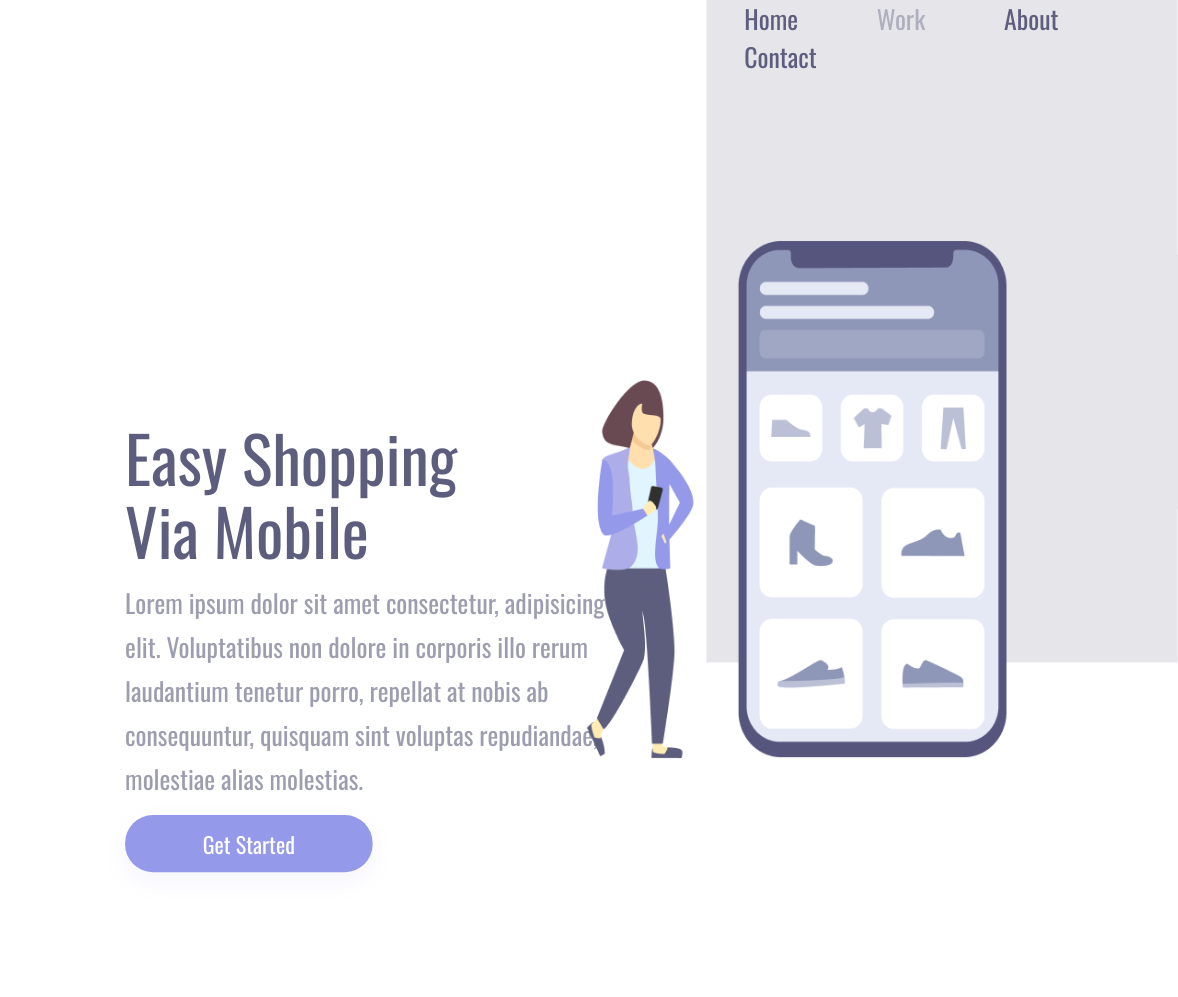
Repository: DihOliver/Projeto-Responsivo
Page: index.html
These files come from the project's save history. The page is drawn as it stood at one moment and after the next save; the edit follows.
The browser window is 1280 px wide. The pictures show the whole page, at 92% of full size.
Some web fonts or font styles are not loaded; a fallback is used.

Above is the page before, as saved 2023-06-06 22:49:12.

### index.html
<!DOCTYPE html>
<html lang="en">
  <head>
    <meta charset="UTF-8" />
    <meta http-equiv="X-UA-Compatible" content="IE=edge" />
    <meta name="viewport" content="width=device-width, initial-scale=1.0" />
    <link rel="stylesheet" href="./styles.css" />
    <link rel="preconnect" href="https://fonts.googleapis.com" />
    <link rel="preconnect" href="https://fonts.gstatic.com" crossorigin />
    <link
      href="https://fonts.googleapis.com/css2?family=Montserrat:ital,wght@0,500;0,600;0,700;0,900;1,400&family=Oswald&family=Poppins:wght@400;500;700&family=Roboto:wght@400;500;700&family=Tilt+Prism&display=swap"
      rel="stylesheet"
    />
    <title>Css - Responsividade</title>
  </head>
  <body>
    <div class="wrapper">
      <section class="container-left">
        <h1>Easy Shopping Via Mobile</h1>
        <p>
          Lorem ipsum dolor sit amet consectetur, adipisicing elit. Voluptatibus
          non dolore in corporis illo rerum laudantium tenetur porro, repellat
          at nobis ab consequuntur, quisquam sint voluptas repudiandae,
          molestiae alias molestias.
        </p>
        <button>Get Started</button>
      </section>
      <section class="container-rigth">
        <header>
          <a>Home</a>
          <a>Work</a>
          <a>About</a>
          <a>Contact</a>
        </header>
        <img alt="Girl=cellphone.png" src="./img/girl-cellphone.png" />
      </section>
    </div>
  </body>
</html>

### styles.css
*{
    margin: 0;
    padding: 0;
    box-sizing: border-box;
    font-family: 'Oswald', sans-serif;
    font-weight: 400;
}

.wrapper {
    height: 100vh;
    width: 100vw;
}

.container-left {
    display: inline-block;
    width: 60%;
    padding: 136px;
    margin-top: 25%;

}

.container-rigth {
    display: inline-block;
    background-color: rgba(93,93,125,0.16);
    height: 100vh;
    width: 40% ;
    position: absolute;

}

img {
    position: relative;
    top: 25%;
    right: 130px;
}

h1 {
    font-weight: 400;
    font-size: 70px;
    line-height: 80px;
    color: #5D5D7D;
    width: 368px;
}

p {
    font-size: 28px;
    line-height: 48px;
    color: #5D5D7D;
    opacity: 0.6;
    margin: 15px 0;
    width: 540px;

}

button {
    width: 269px;
    height: 62px;
    background: #9499EA;
    font-size: 24px;
    line-height: 36px;
    text-align: center;
    box-shadow: 0px 10px 24px rgba(148, 153, 234, 0.0979959);
    color: #FFFFFF;
    border: none;
    border-radius: 30px;
    cursor: pointer;
    }

    button:hover {
        opacity: .8;
    }

    button:active {
        opacity: .5;
    }

    a {
        font-size: 28px;
        line-height: 41px;
        color: #5D5D7D;
        margin: 41px;
        cursor: pointer;
    }

    a:nth-child(2) {
        opacity: 0.4;

    }

    a:hover {
        opacity: 0.4;
    }

    a:active {
        opacity: 0.8;
    }

After the next save:
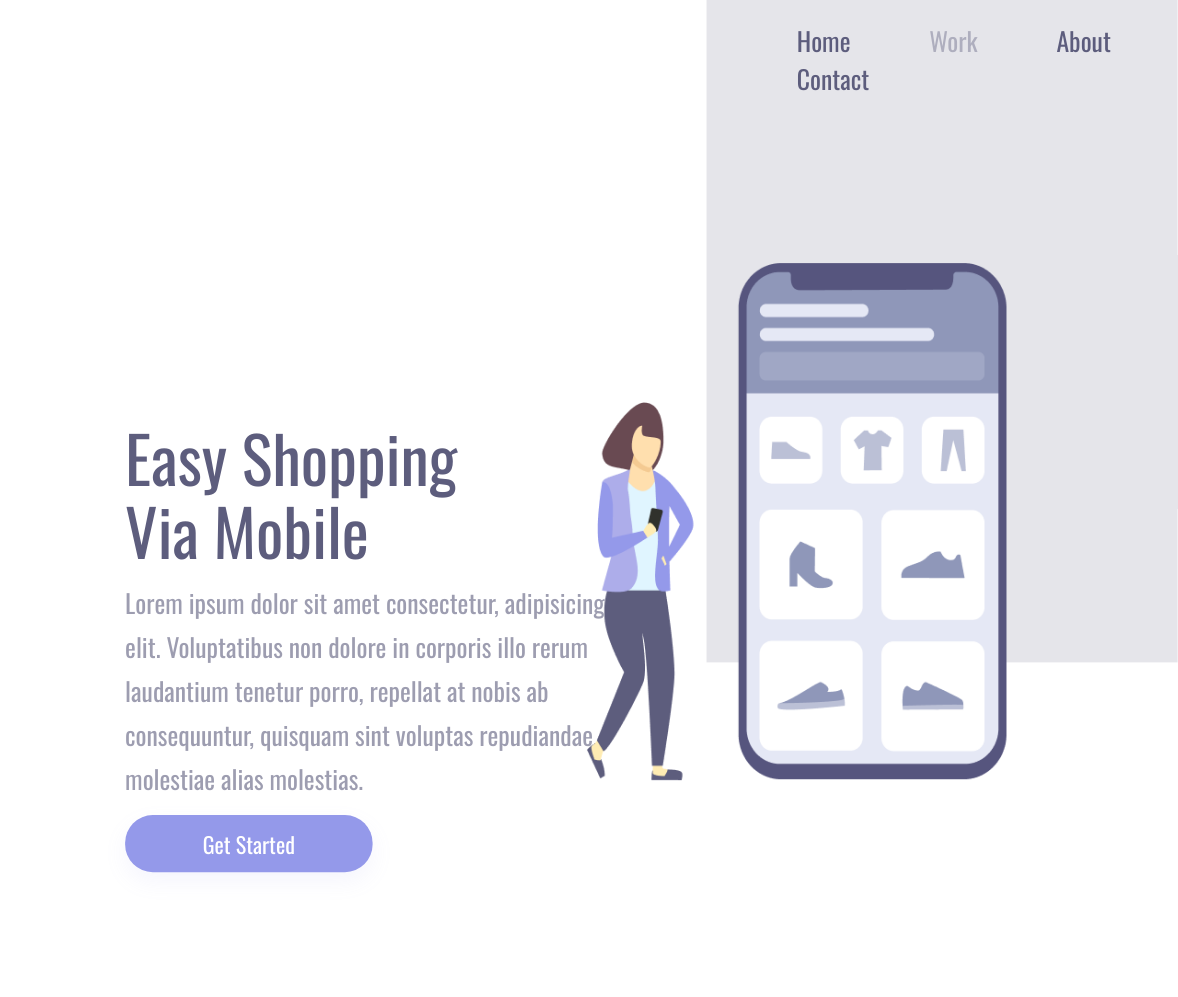
Saved 56 s later.
--- a/styles.css
+++ b/styles.css
@@ -94,3 +94,7 @@ button {
     a:active {
         opacity: 0.8;
     }
+
+    header {
+        margin: 24px 0 0 57px;
+    }
